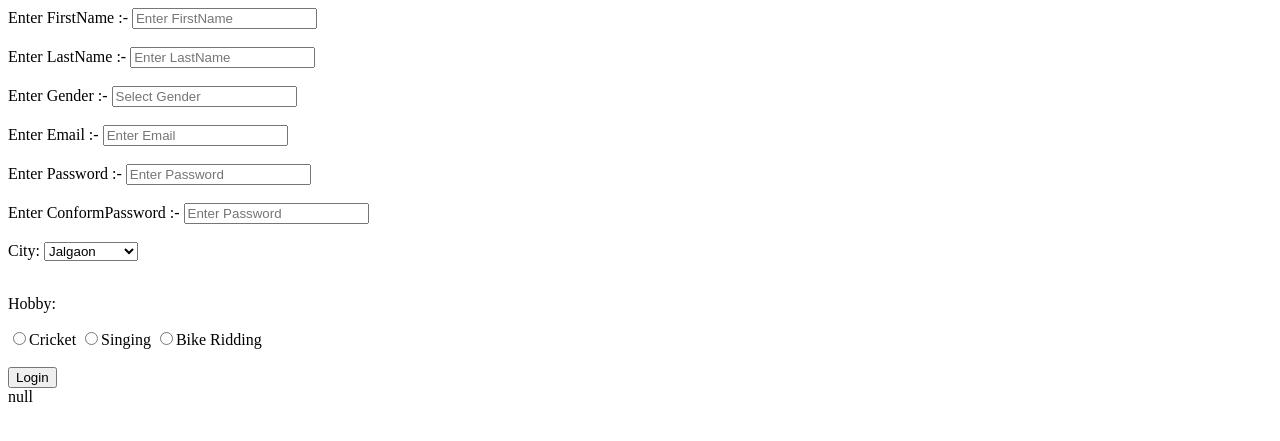
Repository: shzkhar/ISM_ADV_JAVA_23
Page: http://localhost/JSPRegiDemo/Regi.jsp
An editor plug-in stored every save of this project. The page is shown before and after a run of saves, followed by the edit.
The browser window is 1280 px wide. The pictures show the whole page.
The page is served by Tomcat 9.

Above is the page before, as saved 2023-04-02 12:52:20.

After the next 2 saves:
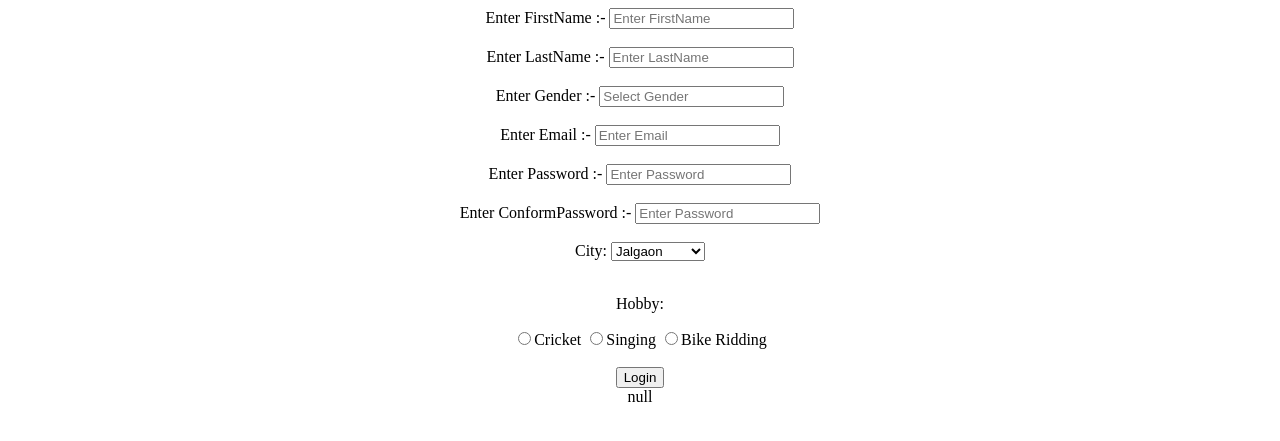
The 2 saves are shown as one change because they came seconds apart.
The last was saved 20 s later.
--- a/JSPRegiDemo/src/main/webapp/Regi.jsp
+++ b/JSPRegiDemo/src/main/webapp/Regi.jsp
@@ -6,7 +6,7 @@
 <meta charset="ISO-8859-1">
 <title>Insert title here</title>
 </head>
-<body center ="align">
+<body align="center">
     <form action="Registration" method="post">
 
             Enter FirstName :- <input type="text" name="firstname" placeholder="Enter FirstName"/><br><br>
